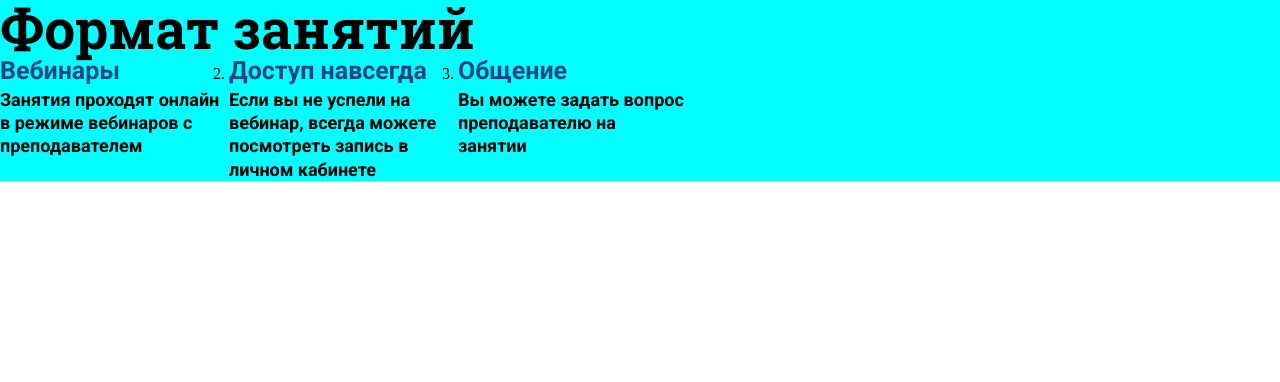
Repository: PoladEziz/Task2
Page: index.html
The author's editor kept a copy of each file at every save. The page is drawn from the files as they stood at one save, then again after the next save.
The browser window is 1280 px wide. The pictures show the whole page.

Above is the page before, as saved 2023-05-04 17:20:23.

After the next save:
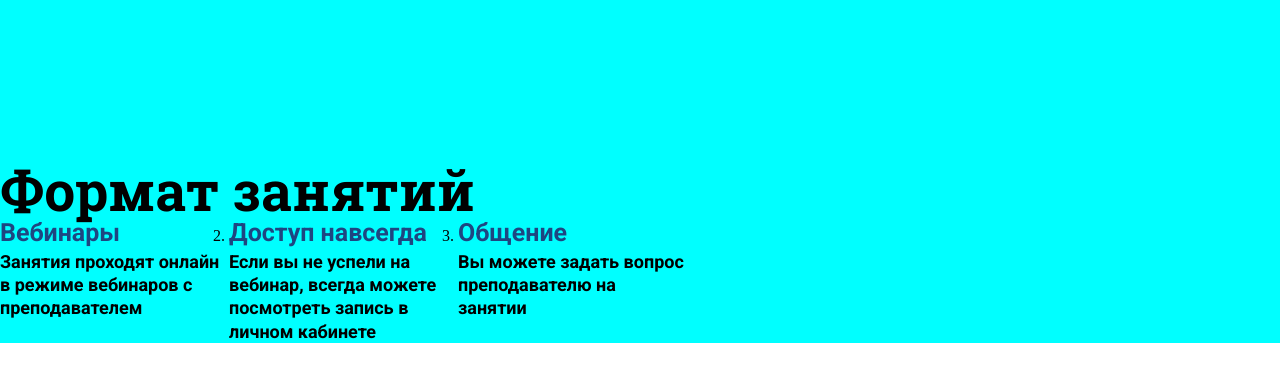
Saved 5 s later.
--- a/index.css
+++ b/index.css
@@ -14,7 +14,7 @@
 .page-1{
     width: 100%;
     background-color: aqua;
-
+    padding-top: 162px;
 }
 
 .page-1  h1 {
